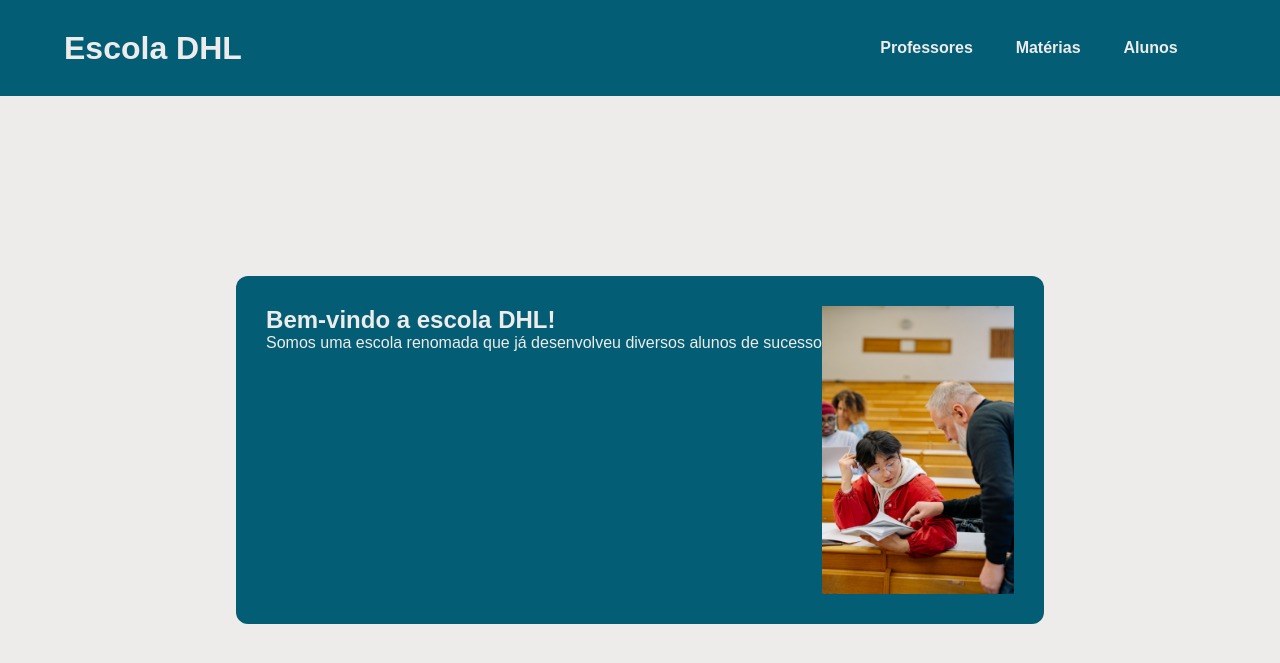
Repository: SirHick/sa-sistema-escola-DHL
Page: front/index.html
An editor plug-in stored every save of this project. The page is shown before and after the next save, followed by the edit.
The browser window is 1280 px wide. The pictures show the whole page.

Above is the page before, as saved 2026-07-17 15:54:55.

After the next save:
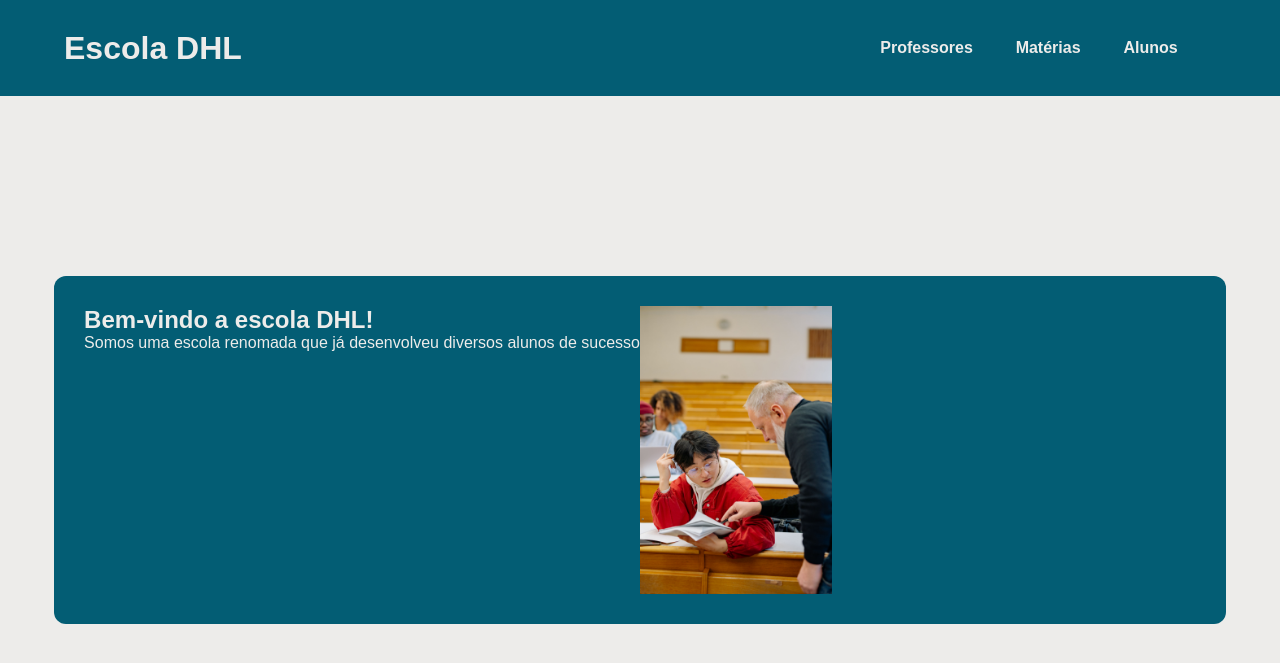
Saved 19 s later.
--- a/front/style.css
+++ b/front/style.css
@@ -49,7 +49,8 @@ header nav a{
     justify-self: center;
     background-color: #035D74;
     margin-top: 25vh;
-    display: flex;
+    display: grid;
+    grid-template-columns: 1fr 1fr;
     color: #EDECEA;
     border-radius:12px;
     padding: 30px;
